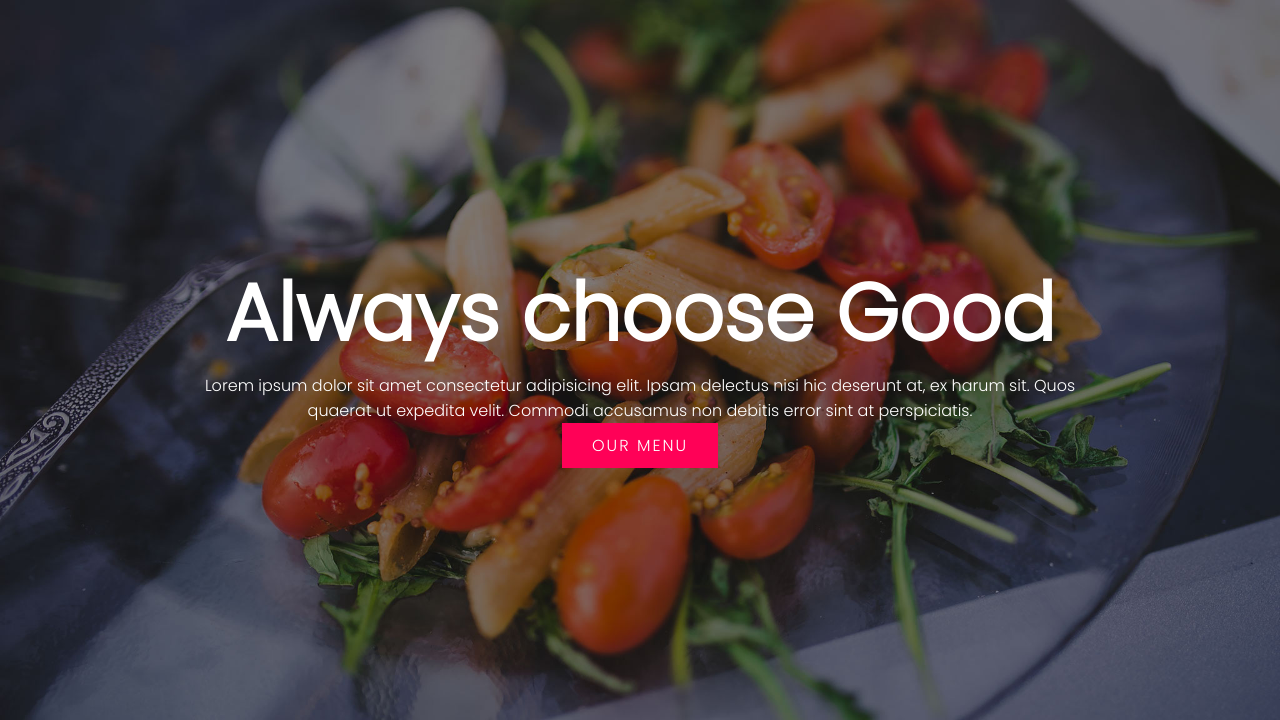
Repository: Adriandias1997/MobileFriendly_FoodWebsite
Page: index.html
An editor plug-in stored every save of this project. The page is shown before and after the next save, followed by the edit.
The browser window is 1280 px wide. The pictures show the whole page.
The pointer rests on the first visible `.btn`.

Above is the page before, as saved 2020-10-16 10:36:40.

### index.html
<!DOCTYPE html>
<html lang="en">

<head>
    <meta charset="UTF-8">
    <meta name="viewport" content="width=device-width, initial-scale=1.0">
    <title>Food</title>
    <link rel="stylesheet" href="style.css">
</head>

<body>
    <section class="banner" id="banner">
        <div class="content">
            <h2>Always choose Good</h2>
            <p>Lorem ipsum dolor sit amet consectetur adipisicing elit. Ipsam delectus nisi hic deserunt at, ex harum sit. Quos quaerat ut expedita velit. Commodi accusamus non debitis error sint at perspiciatis.</p>

            <a href="#" class="btn">Our Menu</a>
        </div>
    </section>





    <script src="index.js"></script>
</body>

</html>

### style.css
@import url("https://fonts.googleapis.com/css2?family=Poppins:wght@300&display=swap");
* {
    margin: 0;
    padding: 0;
    box-sizing: border-box;
    font-family: "Poppins", sans-serif;
}

p {
    font-weight: 300;
    color: #111;
}

.banner {
    position: relative;
    width: 100%;
    min-height: 100vh;
    display: flex;
    justify-content: center;
    align-items: center;
    background: url(./Images/bg.jpg);
    background-size: cover;
}

.banner .content {
    max-width: 900px;
    text-align: center;
}

.banner .content h2 {
    font-size: 5em;
    color: #fff;
}

.banner .content p {
    font-size: 1em;
    color: #fff;
}

.btn {
    font-size: 1em;
    color: #fff;
    background: #ff0157;
    display: inline-block;
    padding: 10px 30px;
    text-transform: uppercase;
    text-decoration: none;
    letter-spacing: 2px;
    transition: 0.5s;
}

.btn:hover {
    color: #fff;
}

Loaded but not shown: index.js (no copy from this time; the picture is the same without it)

After the next save:
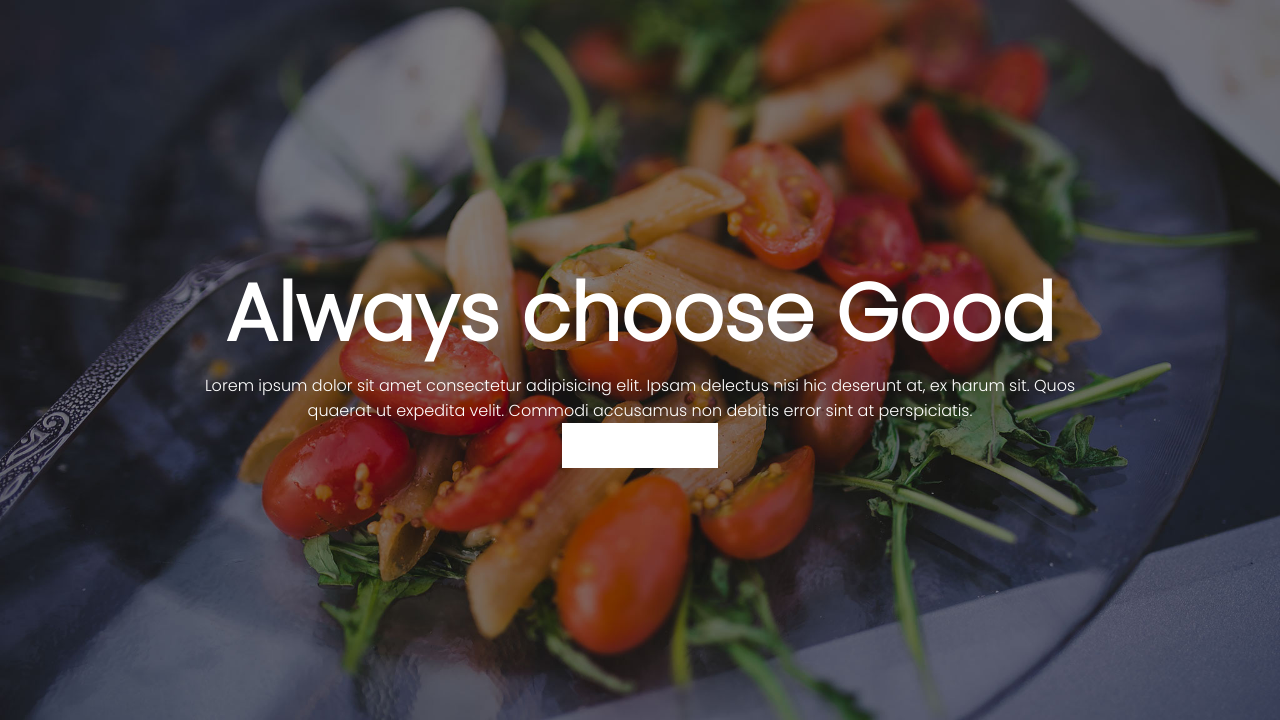
Saved 10 s later.
--- a/style.css
+++ b/style.css
@@ -50,5 +50,5 @@ p {
 }
 
 .btn:hover {
-    color: #fff;
+    background-color: #fff;
 }
